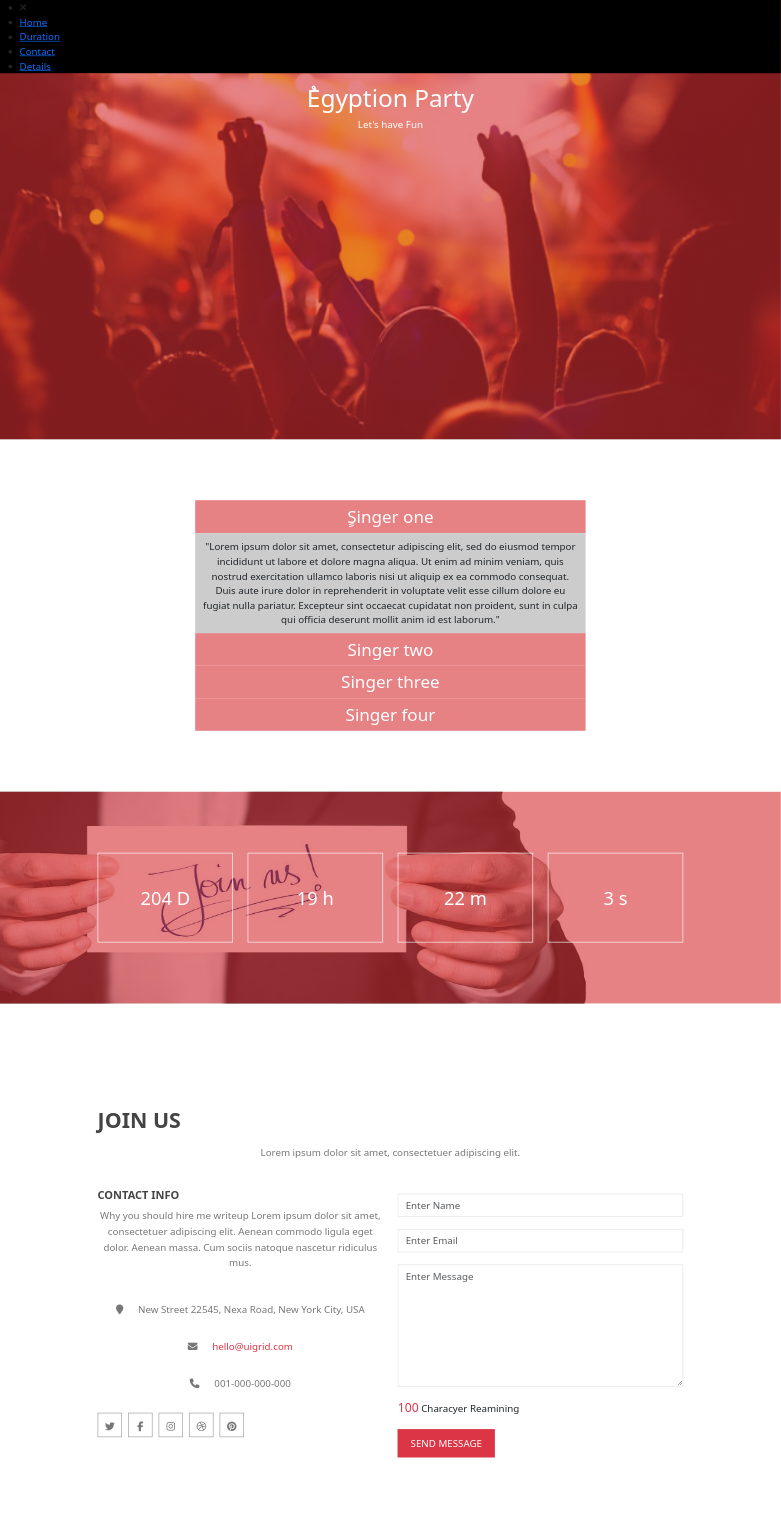
Repository: HagarYousry/jQuery
Page: index.html
These files come from the project's save history. The page is drawn as it stood at one moment and after a run of saves; the edit follows.
The browser window is 1280 px wide. The pictures show the whole page, at 61% of full size.

Above is the page before, as saved 2024-07-25 18:05:58.

### index.html
<!DOCTYPE html>
<html lang="en">

<head>
    <meta charset="UTF-8">
    <meta name="viewport" content="width=device-width, initial-scale=1.0">
    <title>Egyption party</title>
    <!-- web fonts  -->
    <link rel="stylesheet" href="css/all.min.css">
    <!-- bootstrap -->
    <link rel="stylesheet" href="css/bootstrap.min.css">
    <!-- main css -->
    <link rel="stylesheet" href="css/main.css">
</head>

<body>
    <div id="home">

            <div id="sideNav" class="sideNav bg-black">
                <ul>
                    <li class="p-0 closeIcon">
                        <i class="fa-solid fa-xmark "></i>
                    </li>
                     <li ><a class="sideNav-link" href="#home">Home</a></li>
                     <li ><a class="sideNav-link" href="#Acordion">Duration</a></li>
                     <li ><a class="sideNav-link" href="#contact">Contact</a></li>
                     <li ><a class="sideNav-link" href="#count">Details</a></li>
                </ul>
            </div>

            <div class="home-title d-flex flex-column align-items-center justify-content-center text-center text-white">
                <h1>ُEgyption Party</h1>
                <p>Let's have Fun</p>
            </div>


    </div>










    <!-- ! start sideNav section -->
    <!-- <section id="sideNav">
        <div class="navAnchor bg-black">
            <ul>
                <li class="p-0 closeIcon">
                    <i class="fa-solid fa-xmark "></i>
                </li>
                 <li ><a class="sideNav-link" href="#home">Home</a></li>
                 <li ><a class="sideNav-link" href="#Acordion">Duration</a></li>
                 <li ><a class="sideNav-link" href="#contact">Contact</a></li>
                 <li ><a class="sideNav-link" href="#count">Details</a></li>
            </ul>
        </div>

        <div class="navIcon align-self-center bg-danger bg-opacity-50 m-1 text-white p-2">
            <div class="navIcon-content d-flex align-items-center">
                <i class="fa-solid fa-bars"></i>
                <h4 class="ms-2">open</h4>
            </div>
        </div>
    </section> -->
    <!--! end sideNav section -->

    <!--! start header section  -->
    <!-- <header id="home" class="d-flex justify-content-center align-items-center flex-column">
        <div class="home-content text-center text-white">
            <h1>ُEgyption Party</h1>
            <p>Let's have Fun</p>
        </div>
    </header> -->
    <!--! end header section  -->

    <!-- start Acordion section  -->
    <section id="Acordion" class="text-center">

        <div class="container-fluid w-50 ">
            <h3 class="toggle ">ٍSinger one</h3>
            <div class="inner first">"Lorem ipsum dolor sit amet, consectetur adipiscing elit, sed do eiusmod tempor
                incididunt ut labore et dolore magna aliqua. Ut enim ad minim veniam, quis nostrud exercitation ullamco
                laboris nisi ut aliquip ex ea commodo consequat. Duis aute irure dolor in reprehenderit in voluptate
                velit
                esse cillum dolore eu fugiat nulla pariatur. Excepteur sint occaecat cupidatat non proident, sunt in
                culpa
                qui officia deserunt mollit anim id est laborum."
            </div>


            <h3 class="toggle">Singer two</h3>
            <div class="inner">"Sed ut perspiciatis unde omnis iste natus error sit voluptatem accusantium doloremque
                laudantium, totam rem aperiam, eaque ipsa quae ab illo inventore veritatis et quasi architecto beatae
                vitae
                dicta sunt explicabo. Nemo enim ipsam voluptatem quia voluptas sit aspernatur aut odit aut fugit, sed
                quia
                consequuntur magni dolores eos qui ratione voluptatem sequi nesciunt. Neque porro quisquam est, qui
                dolorem
                ipsum quia dolor sit amet, consectetur, adipisci velit, sed quia non numquam eius modi tempora incidunt
                ut
                labore et dolore magnam aliquam quaerat voluptatem. Ut enim ad minima veniam, quis nostrum
                exercitationem
                ullam corporis suscipit laboriosam, nisi ut aliquid ex ea commodi consequatur? Quis autem vel eum iure
                reprehenderit qui in ea voluptate velit esse quam nihil molestiae consequatur, vel illum qui dolorem eum
                fugiat quo voluptas nulla pariatur?"
            </div>


            <h3 class="toggle">Singer three</h3>
            <div class="inner">"But I must explain to you how all this mistaken idea of denouncing pleasure and praising
                pain was born and I will give you a complete account of the system, and expound the actual teachings of
                the
                great explorer of the truth, the master-builder of human happiness. No one rejects, dislikes, or avoids
                pleasure itself, because it is pleasure, but because those who do not know how to pursue pleasure
                rationally
                encounter consequences that are extremely painful. Nor again is there anyone who loves or pursues or
                desires
                to obtain pain of itself, because it is pain, but because occasionally circumstances occur in which toil
                and
                pain can procure him some great pleasure. To take a trivial example, which of us ever undertakes
                laborious
                physical exercise, except to obtain some advantage from it? But who has any right to find fault with a
                man
                who chooses to enjoy a pleasure that has no annoying consequences, or one who avoids a pain that
                produces no
                resultant pleasure?"
            </div>


            <h3 class="toggle">Singer four</h3>
            <div class="inner">"At vero eos et accusamus et iusto odio dignissimos ducimus qui blanditiis praesentium
                voluptatum deleniti atque corrupti quos dolores et quas molestias excepturi sint occaecati cupiditate
                non
                provident, similique sunt in culpa qui officia deserunt mollitia animi, id est laborum et dolorum fuga.
                Et
                harum quidem rerum facilis est et expedita distinctio. Nam libero tempore, cum soluta nobis est eligendi
                optio cumque nihil impedit quo minus id quod maxime placeat facere possimus, omnis voluptas assumenda
                est,
                omnis dolor repellendus. Temporibus autem quibusdam et aut officiis debitis aut rerum necessitatibus
                saepe
                eveniet ut et voluptates repudiandae sint et molestiae non recusandae. Itaque earum rerum hic tenetur a
                sapiente delectus, ut aut reiciendis voluptatibus maiores alias consequatur aut perferendis doloribus
                asperiores repellat."

            </div>

        </div>
    </section>
    <!-- end Acordion section  -->

    <!-- start count section  -->
    <section id="count">
        <div class="container-fluid w-75 text-center text-white">
            <div class="row">
                <div class="col-md-3">
                    <div class="time">
                        <span class="days">00</span>
                    </div>
                </div>

                <div class="col-md-3">
                    <div class="time">
                        <span class="hours">00</span>
                    </div>
                </div>

                <div class="col-md-3">
                    <div class="time">
                        <span class="minutes">00</span>
                    </div>
                </div>

                <div class="col-md-3">
                    <div class="time">
                        <span class="seconds">00</span>
                    </div>
                </div>

            </div>
        </div>
    </section>
    <!-- end count section  -->

    <!-- start contact-us section  -->
    <section id="contact">
        <div class="container-fluid w-75">
            <div class="head">
                <h2 class="text-uppercase fw-bold">Join Us</h2>
                <p class="text-center">Lorem ipsum dolor sit amet, consectetuer adipiscing elit.</p>
            </div>
            <div class="row mt-5">
                <div class="col-md-6">
                    <div class="col-info">
                        <h3 class="text-uppercase">CONTACT INFO</h3>
                        <p class="text-center">Why you should hire me writeup Lorem ipsum dolor sit amet, consectetuer
                            adipiscing elit.
                            Aenean commodo ligula eget dolor. Aenean massa. Cum sociis natoque nascetur ridiculus mus.
                        </p>

                        <div class="icons text-center">
                            <p><i class="fa fa-map-marker"></i> New Street 22545, Nexa Road, New York City, USA</p>

                            <p class="text-danger"><i class="fa fa-envelope"></i> hello@uigrid.com</p>
                            <p><i class="fa fa-phone"></i> 001-000-000-000</p>
                        </div>

                        <div class="social d-flex align-items-center">

                            <i class="fab fa-twitter fa-fw"></i>
                            <i class="fab fa-facebook-f fa-fw"></i>
                            <i class="fab fa-instagram fa-fw"></i>
                            <i class="fab fa-dribbble fa-fw"></i>
                            <i class="fab fa-pinterest fa-fw"></i>

                        </div>
                    </div>
                </div>

                <div class="col-md-6">
                    <form>

                        <input class="form-control mt-2" type="text" placeholder="Enter Name">
                        <input class="form-control" type="email" placeholder="Enter Email">
                        <textarea class="form-control " placeholder="Enter Message"></textarea>
                        <span id="chars" class="text-danger">100</span> Characyer Reamining
                        <button class="btn btn-danger text-uppercase">Send Message</button>

                    </form>
                </div>
            </div>
        </div>
    </section>
    <!-- end contact-us section  -->


    <!-- jquery  -->
    <script src="js/jquery-3.7.1.min.js"></script>
    <!-- index js  -->
    <script src="js/index.js"></script>


</body>

</html>

### css/main.css
#home{
    height: 100vh;
    background-image: linear-gradient(rgba(214, 46, 51, 0.6), rgba(214, 46, 51, 0.6)),
        url(../imgs/events-heavenly-header.jpg);
    background-position: center;
    background-size: cover;
    background-repeat: no-repeat;
    position: relative;
}

.home-content{
    position: absolute;
 }





/* #sideNav {
    position: fixed;
    top: 0;
    bottom: 0;
    left: 0;
    display: flex;
    z-index: 9999;
}

#sideNav .navAnchor {
    padding: 40px 0 0 0;
    position: relative;
}

#sideNav .navAnchor ul {
    padding: 0 20px 0 20px;
}

#sideNav .navAnchor ul li {
    padding: 25px;
    list-style: none;
    cursor: pointer;
}

#sideNav .navAnchor ul li:hover a {
    color: rgba(214, 46, 51, 0.4);
}

#sideNav .navAnchor ul li a {
    text-decoration: none;
    font-size: 25px;
    color: white;
    transition: 0.3s all;
}


.closeIcon {
    position: absolute;
    top: 0;
    right: 25px;
    font-size: 26px;
    margin-left: 50px;
    color: white;
}

.navIcon {
    border-radius: 20px 20px;
}

.navIcon i,
.navIcon h4 {
    font-size: 30px;
    cursor: pointer;
}

@media (max-width: 991.98px) {
    .navIcon {
        align-self: flex-start !important;
    }

    .navIcon .navIcon-content {
        flex-direction: column;
    }
}


header {
    height: 100vh;
    background-image: linear-gradient(rgba(214, 46, 51, 0.6), rgba(214, 46, 51, 0.6)),
        url(../imgs/events-heavenly-header.jpg);
    background-position: center;
    background-size: cover;
    background-repeat: no-repeat;
}

header h1 {
    font-size: 60px;
} */



/* start Acordion section  */
#Acordion {
    padding: 100px auto;
}

.toggle {
    background-color: rgba(214, 46, 51, 0.6);
    cursor: pointer;
    color: white;
    padding: 10px;
    margin: 0px;
}

.inner {
    background-color: rgb(204, 204, 204);
    display: none;
    padding: 10px;
}

#Acordion .first {
    display: block;
}

/* end Acordion section  */

/* start count section  */

#count {
    background-image: linear-gradient(rgba(214, 46, 51, 0.6), rgba(214, 46, 51, 0.6)), url(../imgs/invitation-2508607__340.jpg);
    background-repeat: no-repeat;
    background-position: center center;
    background-size: 100% 100%;
    position: relative;
}

.container-fluid {
    padding: 100px 0px;
}

.time {
    padding: 50px;
    border: 1px solid #FFF;
    font-weight: 500;
    font-size: 30px;
}

/* end count section  */

/* start contact-us section  */
#contact {
    margin-top: 70px;
}

#contact .head h2 {
    font-size: 35px;
    color: #444;
    margin-bottom: 20px;
}

#contact .head p {
    color: #777;
    font-weight: 300;
    font-size: 16px;
}

#contact .col-md-6 .col-info .icons {
    margin-top: 50px;
}

#contact .col-md-6 .col-info .icons p {
    margin-bottom: 35px;
}

#contact .col-md-6 .col-info h3 {
    color: #444;
    font-size: 18px;
    font-weight: 900;
}

#contact .col-md-6 .col-info p {
    font-size: 16px;
    line-height: 26px;
    color: #777;
}

#contact i {
    margin-right: 20px;
    color: #777;
}

#contact .col-md-6 .col-info .social i {
    margin-right: 10px;
    border: 1px solid #999;
    width: 40px;
    height: 40px;
    line-height: 42px;
    cursor: pointer;
    text-align: center;
    transition: 0.5s all;
}

#contact .col-md-6 .col-info .social i:hover {
    color: #fff;
    background-color: #D62E33;
    border: 1px solid #D62E33;
}

#contact .col-md-6 form input,
#contact .col-md-6 form textarea {
    margin-bottom: 20px;
    border-radius: 0;
}

#contact .col-md-6 form textarea {
    height: 200px;
    resize: vertical;
}

#contact .col-md-6 form button {
    padding: 10px 20px;
    border-radius: 0;
    margin-top: 20px;
    display: block;
}

#contact .col-md-6 form #chars {
    font-size: 20px;
}
/* end contact-us section  */

### js/index.js
/// <reference types="../@types/jquery"/>

// start sideNav section

const navAnchorwidth = $('.navAnchor').outerWidth(true);

// console.log(navAnchorwidth);

//! first: Close sideNav
$('#sideNav')
    .animate({ left: -navAnchorwidth }, 0);

let isOpen = false

//! second: on click "navIcon" ,toggle open & close sideNav
$('#sideNav .navIcon')
    .on('click', function () {
        let status;
        // = isOpen ? -navAnchorwidth : 0;
        if (isOpen) {
            status = -navAnchorwidth
            $('.home-content').animate({ marginLeft: 0 }, 1000)
        } else {
            status = 0
            $('.home-content').animate({ marginLeft: navAnchorwidth }, 1000)
        }
        isOpen = !isOpen;

        $(this).parent()
            .animate({ left: status }, 1000)

    })

//! closeIcon
$('.closeIcon')
    .on('click', function () {
        isOpen = !isOpen;
        $('#sideNav')
            .animate({ left: -navAnchorwidth }, 1000);
        $('.home-content').animate({ marginLeft: 0 }, 1000)
    })


//! scroll to sections
$('.sideNav-link[href^="#"]')
    .on('click', function () {
        const sectionId = $(this).attr('href');
        // console.log(section);
        //! get section top
        const sectionTop = $(sectionId).offset().top;
        // console.log(top);
        $('html , body')
            .animate({ scrollTop: sectionTop }, 2000)
    })

// end sideNav section

// start Acordion section
//! slideToggle effect
$('#Acordion .toggle').on('click', function () {
    //! slide up all inner except the one i clicked on
    $('.inner').not($(this).next()).slideUp(500);
    //! slide toggle
    $(this).next().slideToggle(500);
});
// end Acordion section

//start count section
$(window).on('load', function () {
    countDownTime("24 january 2025 00:00:00");
})


function countDownTime(countTo) {

    //! get countTo date
    let futureDate = new Date(countTo);
    futureDate = (futureDate.getTime() / 1000);
    // console.log(futureDate);

    //! get current date
    let now = new Date();
    // console.log(now);
    now = (now.getTime() / 1000);

    //! get the difference between current date and countTo date by sec
    timeDifference = (futureDate - now);

    //?(24 * 60 * 60) ==> num. of sec in day ==> 86400
    let days = Math.floor(timeDifference / 86400);
    let hours = Math.floor((timeDifference - (days * 86400)) / 3600);
    let mins = Math.floor((timeDifference - (days * 86400) - (hours * 3600)) / 60);
    let secs = Math.floor((timeDifference - (days * 86400) - (hours * 3600) - (mins * 60)))


    $(".days").html(`${days} D`);
    $(".hours").html(`${hours} h`);
    $(".minutes").html(`${mins} m`);
    $('.seconds').html(`${secs} s`)

    //! Repeating the Countdown Every Second
    setInterval(function () {
        countDownTime(countTo);
    }, 1000);
}
//end count section

//start contact-us section
let maxLength = 100;
$('textarea').on('keyup', function () {
    //! val as getter ==> lenght
    let length = $(this).val().length;
    // console.log(length);
    let AmountLeft = maxLength - length;
    console.log(AmountLeft);
    if (AmountLeft <= 0) {
        $("#chars").text("your available characters finished");
    }
    else {
        $("#chars").text(AmountLeft);
    }
});
//end contact-us section

Loaded but not shown: css/all.min.css (library); css/bootstrap.min.css (library); js/jquery-3.7.1.min.js (library)

After the next 2 saves:
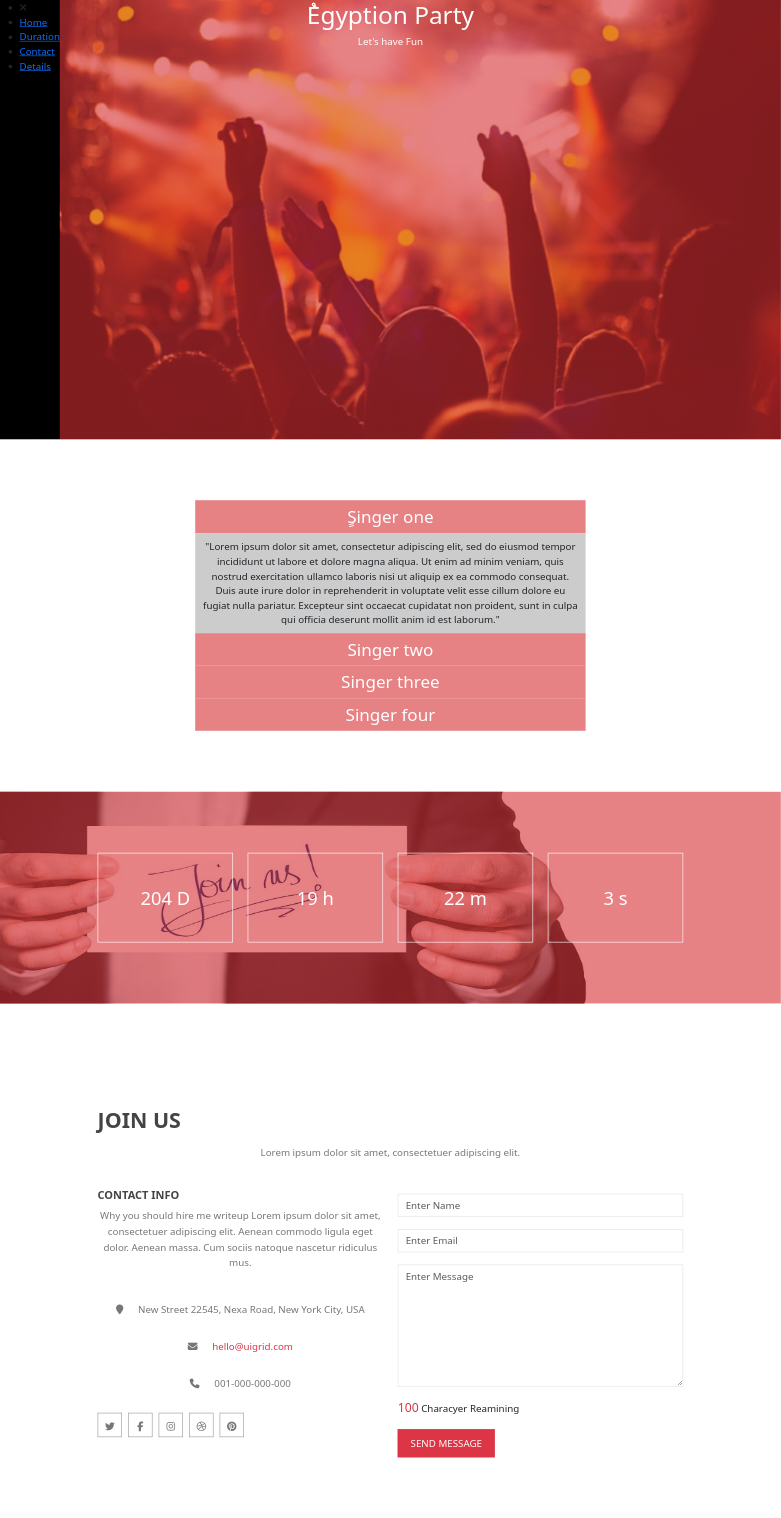
The 2 saves are shown as one change because they came seconds apart.
The last was saved 13 s later.
--- a/css/main.css
+++ b/css/main.css
@@ -5,12 +5,17 @@
     background-position: center;
     background-size: cover;
     background-repeat: no-repeat;
-    position: relative;
-}
-
-.home-content{
-    position: absolute;
- }
+}
+
+#sideNav {
+    position: fixed;
+    top: 0;
+    bottom: 0;
+    left: 0;
+    display: flex;
+    z-index: 9999;
+}
+
 
 
 
